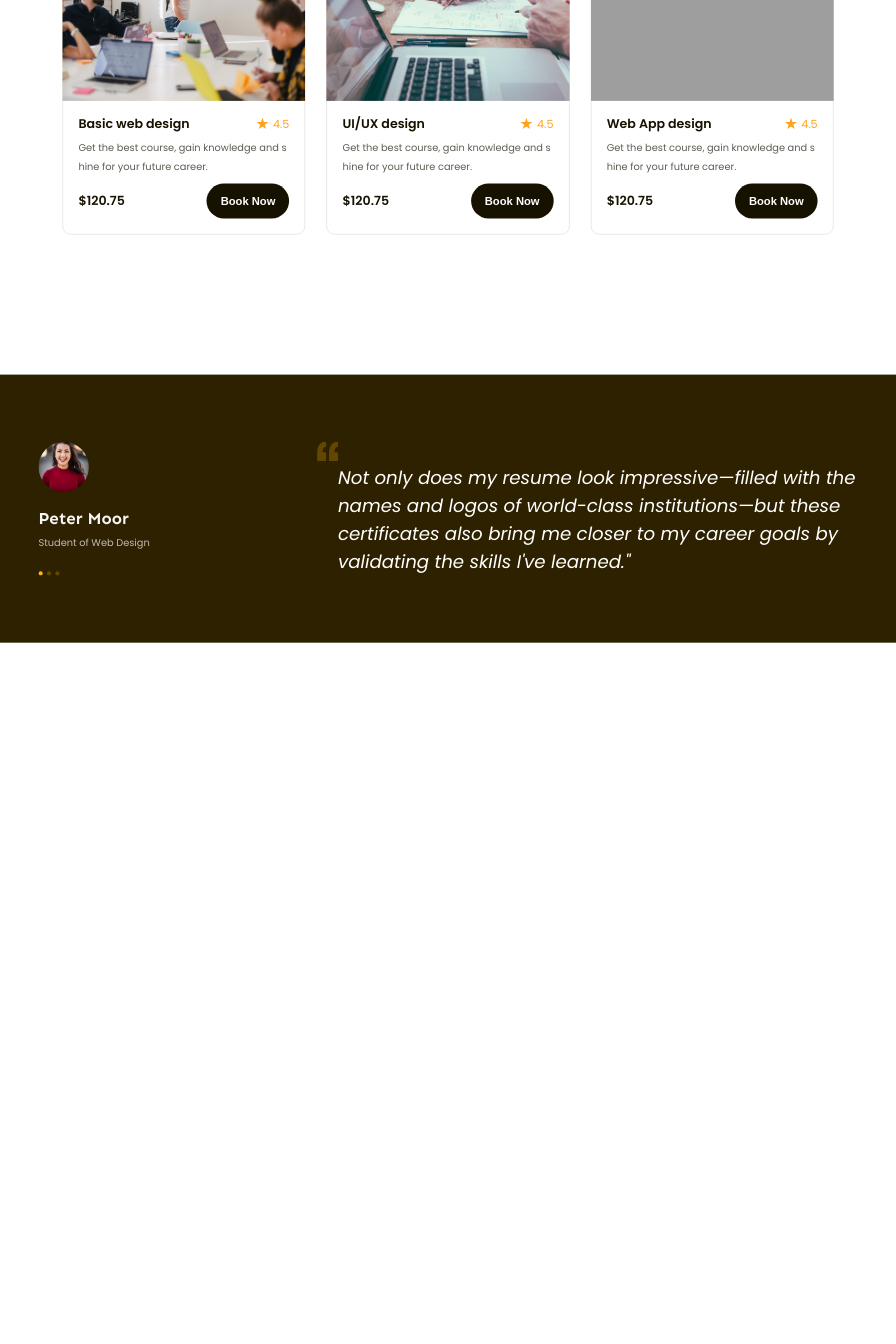
Repository: anhtien111198/f8-htmlcss-02
Page: index.html
These files come from the project's save history. The page is drawn as it stood at one moment and after the next save; the edit follows.
The browser window is 1280 px wide. The pictures show the part of the page from y = 1413 to 3333 px (the page is 5000 px tall), at 70% of full size.
Pictures or frames that could not be fetched are drawn as grey boxes. A picture or video elsewhere on the page could not be fetched, so the positions and the page height are approximate.

Above is the page before, as saved 2023-05-09 14:12:51.

After the next save:
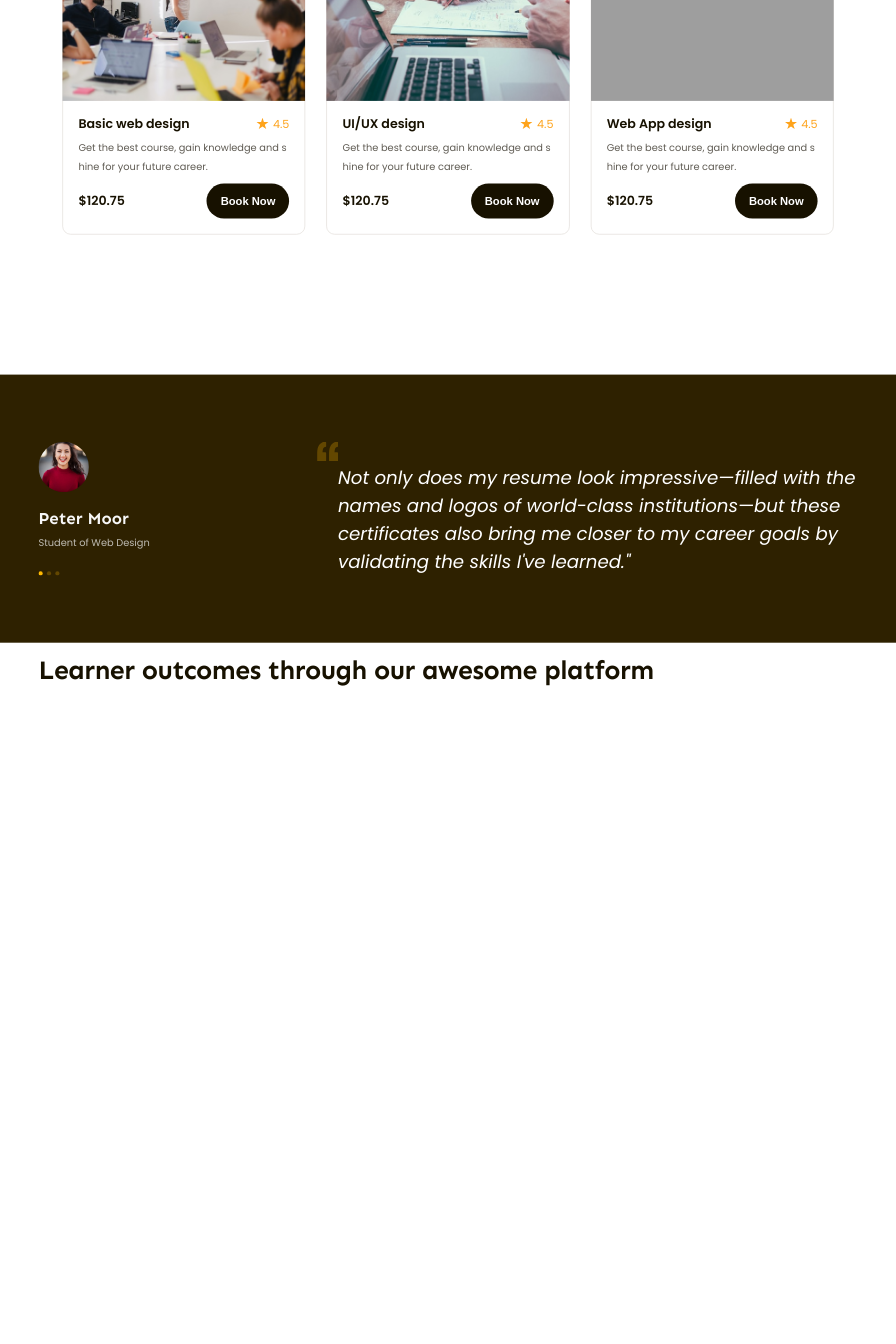
Saved 45 min 1 s later.
--- a/index.html
+++ b/index.html
@@ -404,6 +404,25 @@
                     </div>
                 </div>
             </div>
+            <!-- Features -->
+            <div class="features">
+                <div class="main-content">
+                    <div class="body">
+                        <div class="images">
+                            <img src="" alt="" />
+                            <img src="" alt="" />
+                        </div>
+                    </div>
+                    <div class="content">
+                        <h2 class="heading lv2">
+                            Learner outcomes through our awesome platform
+                        </h2>
+                        <p class="desc"></p>
+                        <p class="desc"></p>
+                        <a href="" class="btn"></a>
+                    </div>
+                </div>
+            </div>
         </main>
     </body>
 </html>
